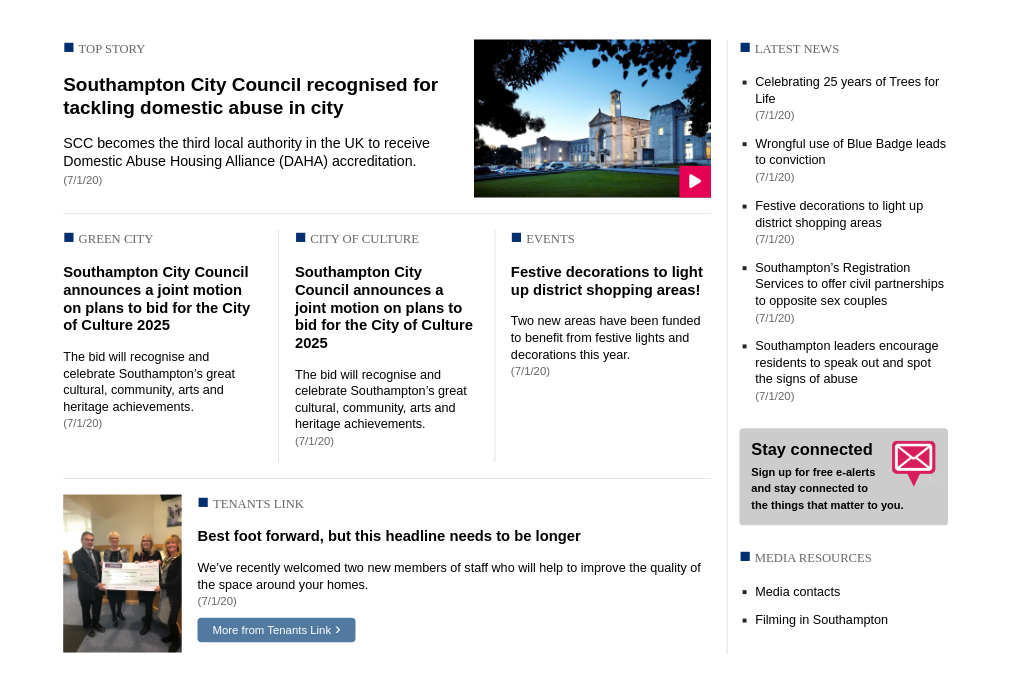
Repository: Domehead123/newspage
Page: index8.html
The author's editor kept a record of every edit. The page is drawn from the files as they stood at one moment, then again after the next edit.
The browser window is 1280 px wide. The pictures show the whole page, at 79% of full size.
Some web libraries are served in a nearby version.

Above is the page before.

### index8.html
<!DOCTYPE html>
<html lang="en">

<head>
    <meta charset="UTF-8">
    <meta name="viewport" content="width=device-width, initial-scale=1.0">
    <meta http-equiv="X-UA-Compatible" content="ie=edge">
    <script src="https://kit.fontawesome.com/aae406265c.js" crossorigin="anonymous"></script>
    <link rel="stylesheet" href="https://stackpath.bootstrapcdn.com/bootstrap/4.5.2/css/bootstrap.min.css" type="text/css" />
    <link rel="stylesheet" href="https://cdnjs.cloudflare.com/ajax/libs/font-awesome/4.7.0/css/font-awesome.min.css">
    <link rel="stylesheet" href="news4.css" type="text/css" />
    <title>Document</title>
</head>

<body>
    <div class="container news-page">
        <div class="row">
            <div class="col-md-9 col-sm-12 news-main">
                <div class="row">
                    <div class="top-story"> <a href="#"><span class="large-image-wrapper"><img class="top-large-pic" src="images/civic-centre-2.jpg"><span class="play"><i class="fas fa-play"></i></span></span></a>
                        <div class="subject-header">TOP STORY</div>
                        <h2><a href="#">
Southampton City Council recognised for tackling domestic abuse in city</a></h2>
                        <p><a href="#"><span class="small-image-wrapper"><img class="top-small-pic" src="images/civic-centre-2.jpg"><span class="play"><i class="fas fa-play"></i></span></span>SCC becomes the third local authority in the UK to receive Domestic Abuse Housing Alliance (DAHA) accreditation. <span class="date">(7/1/20)</a></p>
                    </div>
                </div>

                <div class="row middle-row">
                    <div class="col-md-4 col-sm-12 topic">
                        <div class="subject-header ">GREEN CITY</div>
                        <h3><a href="#">
Southampton City Council announces a joint motion on plans to bid for the City of Culture 2025
 </a></h3>
                        <p><a href="#">The bid will recognise and celebrate Southampton’s great cultural, community, arts and heritage achievements.<span class="date">(7/1/20)</span></a></p>
                    </div>
                    <div class="col-md-4 col-sm-12 topic">
                        <div class="subject-header">CITY OF CULTURE</div>

                        <h3><a href="#">Southampton City Council announces a joint motion on plans to bid for the City of Culture 2025</a></h3>
                        <p><a href="#">The bid will recognise and celebrate Southampton’s great cultural, community, arts and heritage achievements. <span class="date">(7/1/20)</span></a></p>
                    </div>
                    <div class="col-md-4 col-sm-12 topic">
                        <div class="subject-header ">EVENTS</div>
                        <h3><a href="#">
Festive decorations to light up district shopping areas!
 </a></h3>
                        <p><a href="#">Two new areas have been funded to benefit from festive lights and decorations this year. <span class="date">(7/1/20)</span></a></p>
                    </div>
                </div>
                <div class="row">
                    <div class="bottom-story">
                        <a href="#"><img class="bottom-large-pic" src="images/lipstick.jpg"></a>
                        <div class="subject-header ">TENANTS LINK</div>
                        <h3><a href="#">Best foot forward, but this headline needs to be longer</a></h3>
                        <p><a href="#"><img class="bottom-small-pic" src="images/lipstick.jpg">We’ve recently welcomed two new members of staff who will help to improve the quality of the space around your homes. <span class="date">(7/1/20)</span></a>
                            <span class="more"><a href="#">More from Tenants Link</a></span>
                        </p>
                    </div>
                </div>
            </div>
            <div class="col-md-3 col-sm-12 side-panel">
                <div class="subject-header">LATEST NEWS</div>
                <ul>
                    <li><a href="#">Celebrating 25 years of Trees for Life <span class="date">(7/1/20)</span></a></li>
                    <li><a href="#">Wrongful use of Blue Badge leads to conviction <span class="date">(7/1/20)</span></a></li>
                    <li><a href="#">Festive decorations to light up district shopping areas <span class="date">(7/1/20)</span></a></li>
                    <li><a href="#">Southampton’s Registration Services to offer civil partnerships to opposite sex couples<span class="date">(7/1/20)</span></a></li>
                    <li><a href="#">Southampton leaders encourage residents to speak out and spot the signs of abuse<span class="date">(7/1/20)</span></a></li>
                </ul>
                <div class="connected">
                    <a href="#"><img src="images/connected.png"></a>
                    <h2><a href="#">Stay connected</a></h2>

                    <p><a href="#">Sign up for free e-alerts and stay connected to the things that matter to you.</a></p>
                </div>
                <div class="subject-header">MEDIA RESOURCES</div>
                <ul>
                    <li><a href="#">Media contacts</a></li>
                    <li><a href="#">Filming in Southampton</a></li>
                </ul>

            </div>
        </div>
    </div>
</body>

</html>

### news4.css
body {
    margin: 50px auto;
    max-width: 90%;
}

h2 {
    font-size: 24px;
    font-family: "franklin-gothic-urw", sans-serif;
    font-weight: 700;
    margin: 19.2px 0;
}

h3 {
    font-size: 18.7px;
    font-family: "franklin-gothic-urw", sans-serif;
    font-weight: 700;
    margin: 18.7px 0;
}

.news-page {
    font-size: 20px;
    font-family: "franklin-gothic-urw", sans-serif;
    padding: 0 25px;
}

.news-page a {
    color: #000;
    text-decoration: none;
    transition: 0.4s all;
}

/*Top story and video icon*/

.top-story {
    border-bottom: 1px solid #ddd;
}

.top-story p {
    font-size: 18px;
    line-height: 130%;
}

.play {
    display: block;
    background: #e60054;
    position: absolute;
    right: 0;
    bottom: 0;
    float: right;
    color: #fff;
    text-align: center;
}

.large-image-wrapper .play {
    width: 40px;
    height: 40px;
    line-height: 40px;
}

.small-image-wrapper .play {
    width: 30px;
    height: 30px;
    line-height: 30px;
    font-size: 0.7em;
}

.topic:first-of-type {

    border-bottom: 1px solid #ddd;
    padding: 0;
}

.topic:nth-child(2) {

    border-bottom: 1px solid #ddd;
    padding: 20px 0 0 0;
}

.topic:nth-child(3) {
    padding: 20px 0 0 0;
}

.topic p,
.bottom-story p {
    font-size: 16px;
    line-height: 130%;
}

.subject-header {
    color: #666;
    font-family: "Times New Roman", Times, serif;
    font-size: 16px;
}

.subject-header:before {
    content: "\25A0";
    line-height: 0;
    font-size: 1.5em;
    color: #002e6f;
    margin-right: 5px;
}

.large-image-wrapper {
    position: relative;
    float: right;
    display: none;
    margin-bottom: 20px;
}

.small-image-wrapper {
    position: relative;
    float: right;
    display: block;
    margin-bottom: 20px;
}

.top-large-pic {
    margin: 0 0 0 20px;
    height: 200px;
    float: right;
}

.middle-row {
    border-bottom: 1px solid #ddd;
    padding: 20px 0 0;
}

.top-small-pic {
    display: block;
    float: right;
    margin: 0 0 0 20px;
    height: 100px;
    position: relative;
}

.bottom-large-pic {
    height: 200px;
    margin-right: 20px;
    float: left;
    display: none;
}

.bottom-small-pic {
    float: right;
    margin-left: 20px;
    height: 100px;
}

.date {
    color: #666;
    font-size: 14.4px;
    display: block;
}

.bottom-story {
    padding: 20px 0 0 0;
    border-bottom: 1px solid #ddd;
}

.side-panel {
    padding: 20px 0 0 0;

}

.side-panel ul,
.media ul {
    padding: 0 0 0 20px;
    margin-top: 20px;
}

.side-panel ul li,
.media ul li {
    margin: 0 0 1em 0;
    font-size: 16px;
    list-style-type: square;
    line-height: 130%;
}

.connected {
    background: #ccc;
    padding: 15px;
    border-radius: 5px;
    margin: 30px 0;
    width: 100%;
    box-sizing: border-box;
}

.connected img {
    float: right;
    height: 60px;
    margin-left: 10px;
}

.connected h2 {
    font-size: 20.8px;
    margin: 0 0 5px 0;
}

.connected p {
    font-size: 14px;
    font-weight: bold;
    margin: 0;
}

.connected::after {
    content: "";
    clear: both;
    display: table;
}

.more {
    display: block;
    margin: 10px 0 15px 0;
    font-size: 0.9em;
    background: rgb(82, 122, 161);
    width: 200px;
    padding: 5px;
    text-align: center;
    border-radius: 5px;
    float: left;
}

.more:hover {
    background: #397070;
}

.more a {
    color: #fff;
}

.more::after {
    content: "\203A";
    color: #fff;
    font-size: 1.5em;
    line-height: 0;
    margin-left: 5px;
    position: relative;
    top: 1px;
}



@media (min-width: 800px) {

    .large-image-wrapper {
        display: block;
    }

    .small-image-wrapper {
        display: none;
    }

}


@media (min-width: 768px) {

    .news-main {
        padding-right: 35px;
    }

    .bottom-large-pic {
        display: block;
    }

    .bottom-small-pic {
        display: none;
    }

    .middle-row {
        padding: 20px 0;
    }

    .topic:first-of-type {
        border-right: 1px solid #ddd;
        border-bottom: none;
        padding: 0 20px 0 0;
    }

    .topic:nth-child(2) {
        border-right: 1px solid #ddd;
        border-bottom: none;
        padding: 0 20px;

    }

    .topic:nth-child(3) {
        padding: 0 0 0 20px;
    }

    .bottom-story {
        border-bottom: none;
    }

    .side-panel {
        border-left: 1px solid #ddd;
        padding: 0 0 0 15px;
    }



    .connected img {
        width: 100%;
        height: auto;
        margin: 0;
    }



}

@media (min-width: 1000px) {

    .connected img {
        float: right;
        height: 60px;
        width: auto;
        margin-left: 10px;
    }

}

After the next edit:
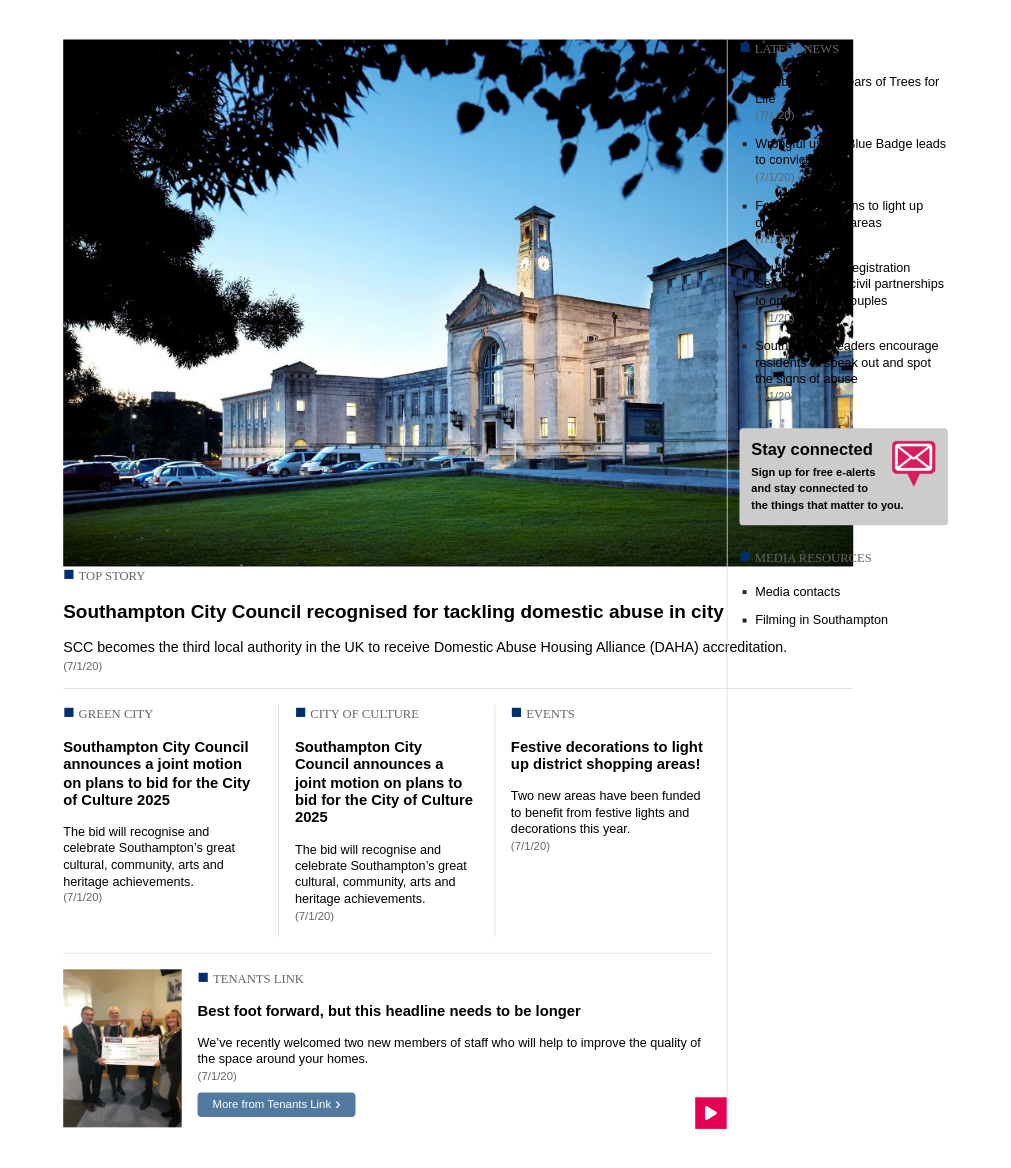
The edit:
--- a/news4.css
+++ b/news4.css
@@ -100,25 +100,7 @@
     margin-right: 5px;
 }
 
-.large-image-wrapper {
-    position: relative;
-    float: right;
-    display: none;
-    margin-bottom: 20px;
-}
-
-.small-image-wrapper {
-    position: relative;
-    float: right;
-    display: block;
-    margin-bottom: 20px;
-}
-
-.top-large-pic {
-    margin: 0 0 0 20px;
-    height: 200px;
-    float: right;
-}
+
 
 .middle-row {
     border-bottom: 1px solid #ddd;

After the edit that followed:
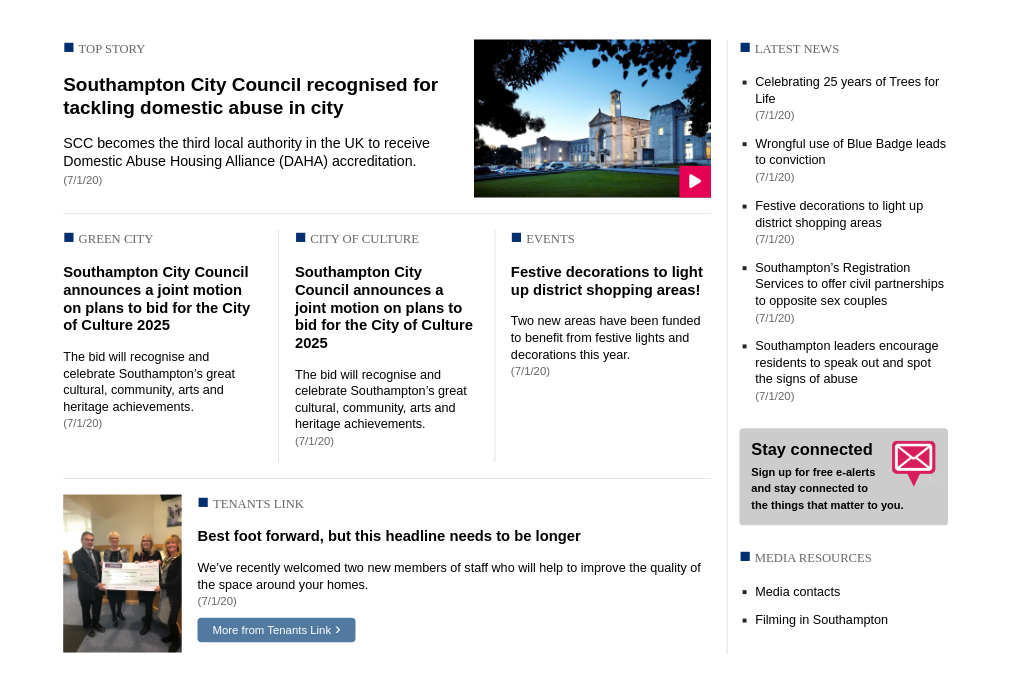
The edit:
--- a/news4.css
+++ b/news4.css
@@ -38,6 +38,26 @@
 .top-story p {
     font-size: 18px;
     line-height: 130%;
+}
+
+.large-image-wrapper {
+    position: relative;
+    float: right;
+    display: none;
+    margin-bottom: 20px;
+}
+
+.small-image-wrapper {
+    position: relative;
+    float: right;
+    display: block;
+    margin-bottom: 20px;
+}
+
+.top-large-pic {
+    margin: 0 0 0 20px;
+    height: 200px;
+    float: right;
 }
 
 .play {
